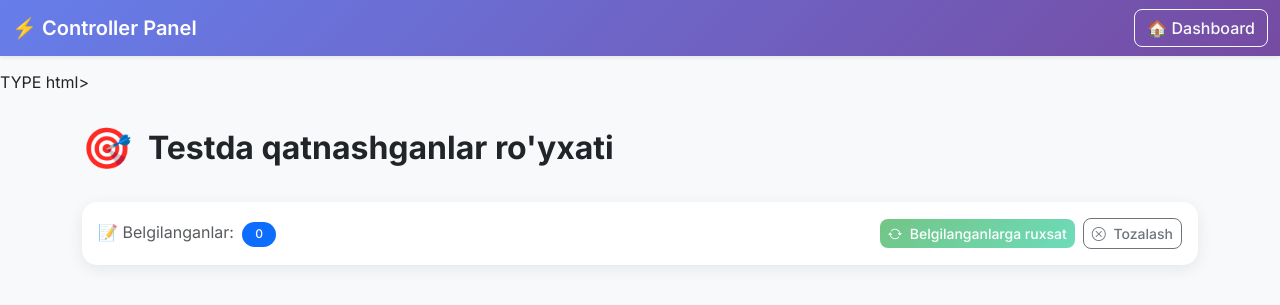
Repository: Shaxobiddin-Github/KatDPI_test
Page: backend/main/templates/controller_panel/participated_students_list.html
These files come from the project's save history. The page is drawn as it stood at one moment and after the next save; the edit follows.
The browser window is 1280 px wide. The pictures show the whole page.
The template is drawn by Django 5.2. The application's start-up code is not run. The template is opened directly, without the code that normally fills it, so the values that code supplies are empty.

Above is the page before, as saved 2025-10-07 10:04:32.

After the next save:
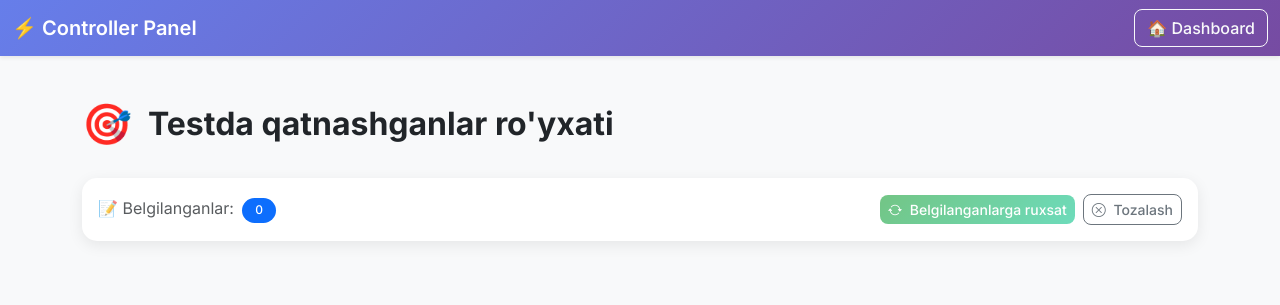
Saved 6 s later.
--- a/backend/main/templates/controller_panel/participated_students_list.html
+++ b/backend/main/templates/controller_panel/participated_students_list.html
@@ -1,7 +1,7 @@
 <!DOCTYPE>
    <link href="https://cdn.jsdelivr.net/npm/bootstrap@5.3.3/dist/css/bootstrap.min.css" rel="stylesheet">
     <link href="https://cdn.jsdelivr.net/npm/bootstrap-icons@1.11.3/font/bootstrap-icons.css" rel="stylesheet">
-    <link href="https://fonts.googleapis.com/css2?family=Inter:wght@300;400;500;600;700&display=swap" rel="stylesheet">TYPE html>
+    <link href="https://fonts.googleapis.com/css2?family=Inter:wght@300;400;500;600;700&display=swap" rel="stylesheet">
 <html lang="uz">
 <head>
     <meta charset="UTF-8">
